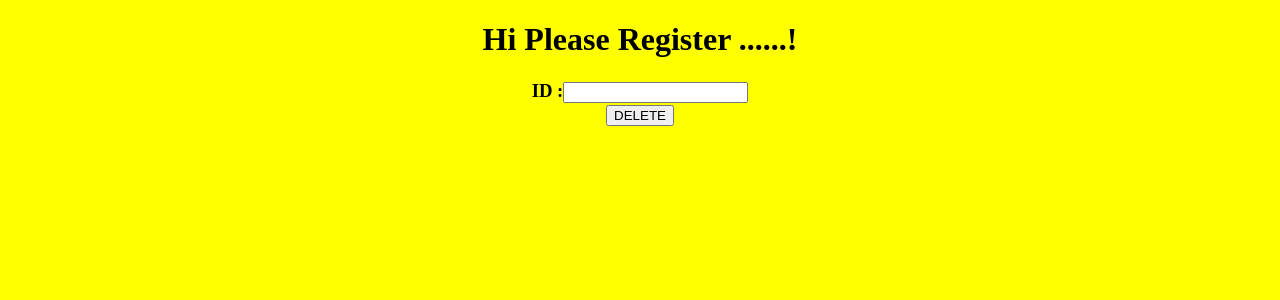
Repository: Thaneshwara848/E-Y
Page: Jdbc-Servlet-Jsp/Webemo5/src/main/webapp/MainEmp.html
An editor plug-in stored every save of this project. The page is shown before and after the next save, followed by the edit.
The browser window is 1280 px wide. The pictures show the whole page.

Above is the page before, as saved 2023-05-22 05:01:50.

### Jdbc-Servlet-Jsp/Webemo5/src/main/webapp/MainEmp.html
<!DOCTYPE html>
<html>
<head>
<meta charset="UTF-8">
<title>Insert title here</title>
</head>
<body bgcolor="yellow">
<div style="text-align: center;">
	<h1> Hi Please Register ......!</h1>
	<form action="deleterecord">

		<h3>
			ID 	:<input type="text"  name="uid"><br>


			<input type="submit" value="DELETE"><br>


		</h3>

	</form>
</div>

</body>
</html>

After the next save:
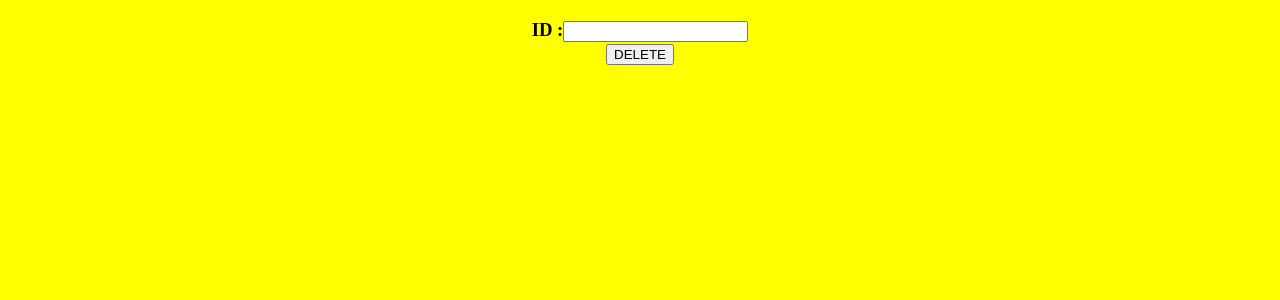
Saved 5 s later.
--- a/Jdbc-Servlet-Jsp/Webemo5/src/main/webapp/MainEmp.html
+++ b/Jdbc-Servlet-Jsp/Webemo5/src/main/webapp/MainEmp.html
@@ -6,7 +6,7 @@
 </head>
 <body bgcolor="yellow">
 <div style="text-align: center;">
-	<h1> Hi Please Register ......!</h1>
+
 	<form action="deleterecord">
 
 		<h3>
